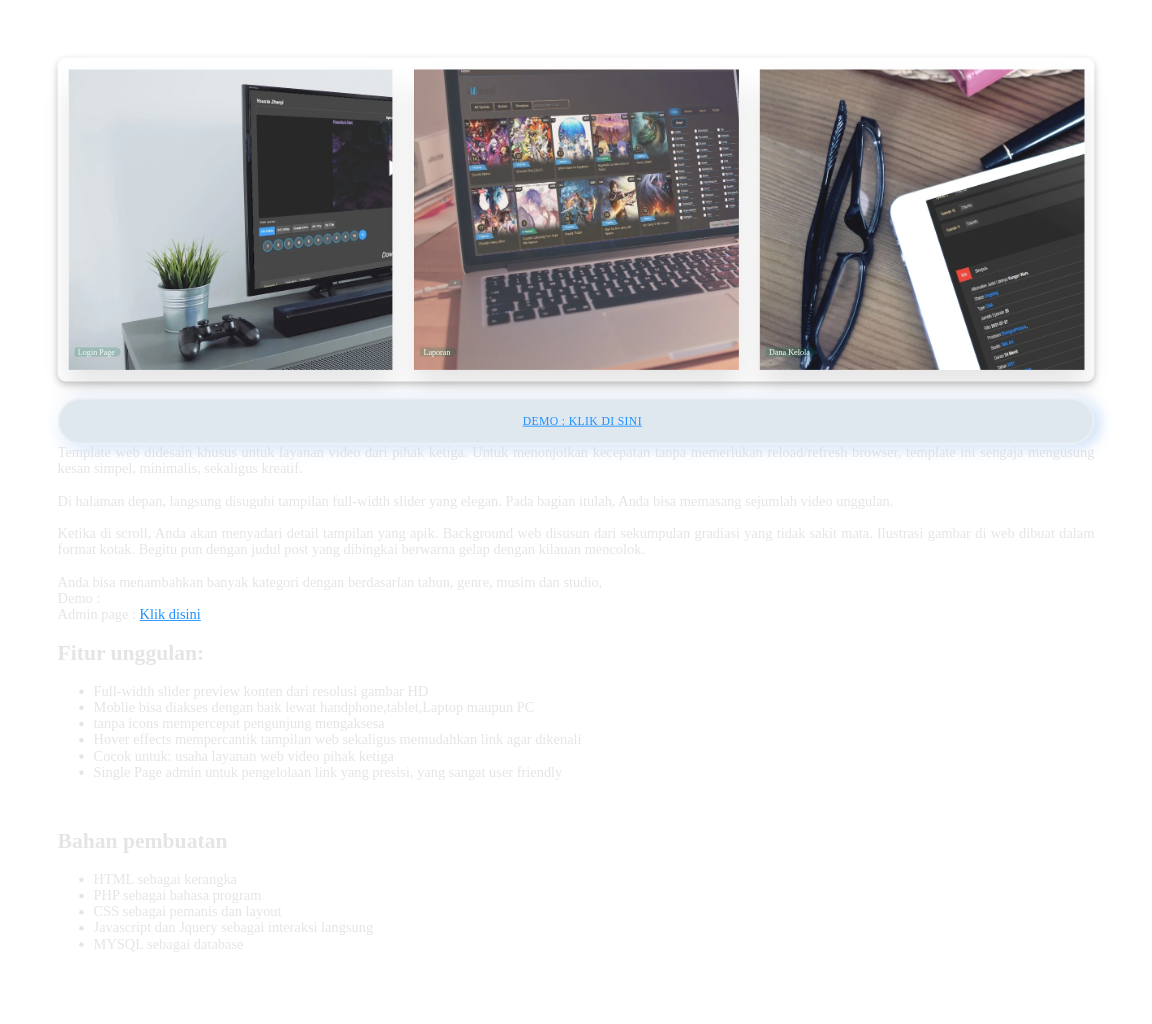
Repository: yusup-maulana/yusup-maulana.github.io
Page: portofolio-webanime.html
An editor plug-in stored every save of this project. The page is shown before and after a run of saves, followed by the edit.
The browser window is 1280 px wide. The pictures show the whole page, at 90% of full size.
Some web fonts or font styles are not loaded; a fallback is used.

Above is the page before, as saved 2023-10-06 21:45:33.

After the next 2 saves:
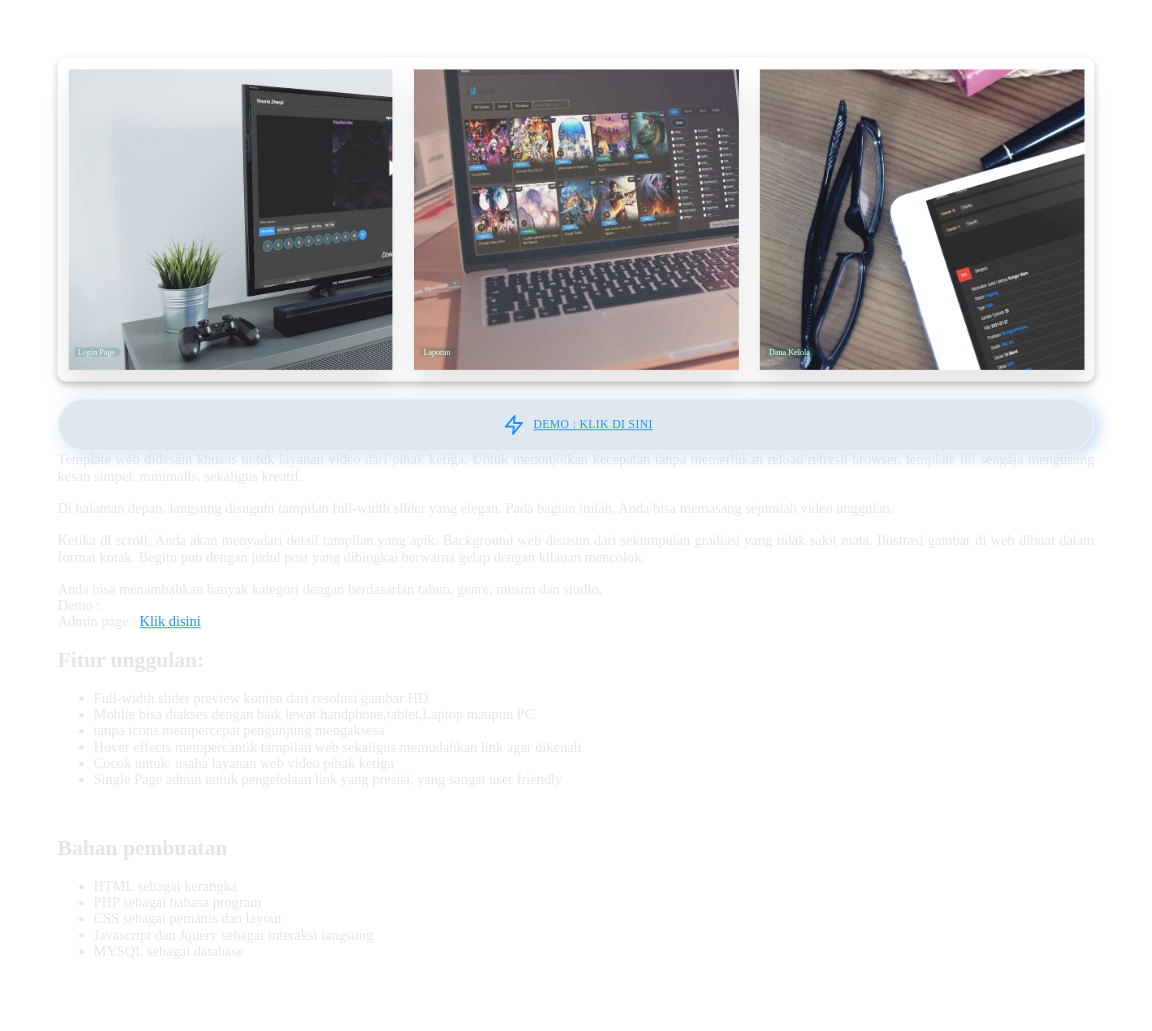
The 2 saves are shown as one change because they came seconds apart.
The last was saved 8 s later.
--- a/portofolio-webanime.html
+++ b/portofolio-webanime.html
@@ -146,24 +146,28 @@
 </div>
 <br />
 
-<a  class="btn-portofolio" target="_blank" href="https://maulanaproject1.000webhostapp.com/"
-<svg viewBox="0 0 24 24"
-      width="24"
-      height="24"
-      stroke="currentColor"
-      stroke-width="2"
-      fill="none"
-      stroke-linecap="round"
-      stroke-linejoin="round"
-      class="css-i6dzq1"
-    >
-      <polygon points="13 2 3 14 12 14 11 22 21 10 12 10 13 2"></polygon>
-    </svg>
-    Demo : Klik di sini </a>
+<a
+  class="btn-portofolio"
+  target="_blank"
+  href="https://maulanaproject1.000webhostapp.com/"
+>
+  <svg
+    viewBox="0 0 24 24"
+    width="24"
+    height="24"
+    stroke="currentColor"
+    stroke-width="2"
+    fill="none"
+    stroke-linecap="round"
+    stroke-linejoin="round"
+    class="css-i6dzq1"
+  >
+    <polygon points="13 2 3 14 12 14 11 22 21 10 12 10 13 2"></polygon>
+  </svg>
+  Demo : Klik di sini
+</a>
 
 <body class="body2">
-
-
   Template web didesain khusus untuk layanan video dari pihak ketiga. Untuk
   menonjolkan kecepatan tanpa memerlukan reload/refresh browser, template ini
   sengaja mengusung kesan simpel, minimalis, sekaligus kreatif. <br /><br />
@@ -179,7 +183,7 @@
   dan studio, <br />
   Demo :
 
- <br />
+  <br />
   Admin page :
   <a
     target="_blank"
